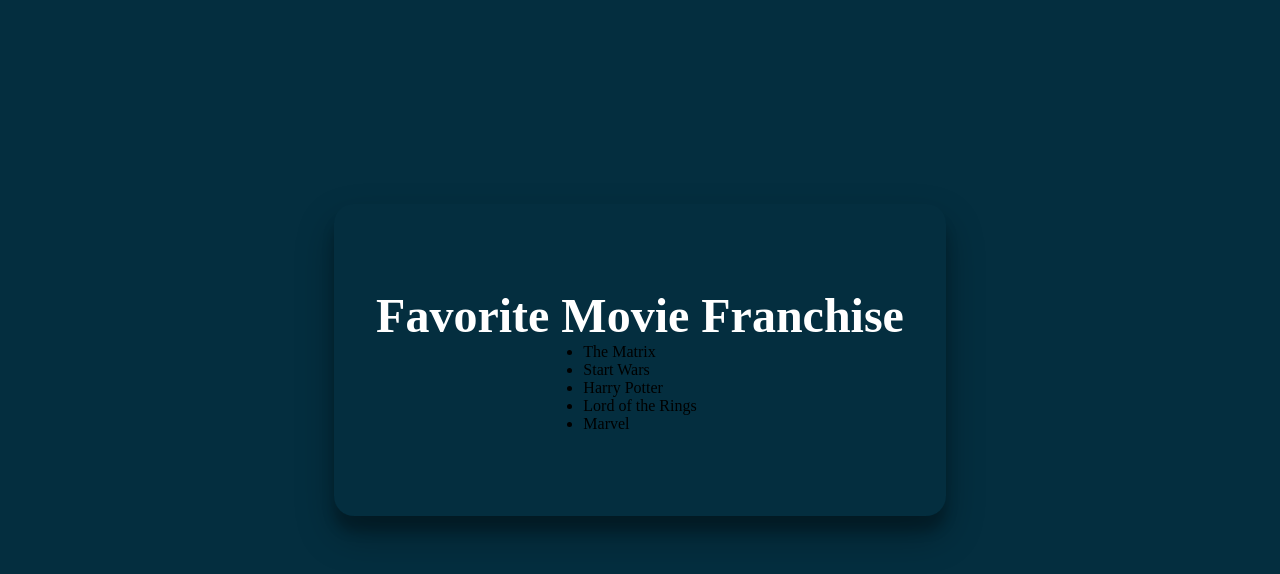
Repository: Ellisvelandia/DOM-Manipulation
Page: index.html
The author's editor kept a copy of each file at every save. The page is drawn from the files as they stood at one save, then again after a run of saves.
The browser window is 1280 px wide. The pictures show the whole page.

Above is the page before, as saved 2022-08-22 13:37:15.

### index.html
<!DOCTYPE html>
<html lang="en">
<head>
  <meta charset="UTF-8">
  <meta http-equiv="X-UA-Compatible" content="IE=edge">
  <meta name="viewport" content="width=device-width, initial-scale=1.0">
  <link rel="stylesheet" href="style.css">
  <title>Master DOM Manipulation</title>
</head>
<body>
  <div class="container">
    <h1 id="main-heading">Favorite Movie Franchise</h1>
    <ul>
      <li class="list-items">The Matrix</li>
      <li class="list-items">Start Wars</li>
      <li class="list-items">Harry Potter</li>
      <li class="list-items">Lord of the Rings</li>
      <li class="list-items">Marvel</li>
    </ul>

    <script src="app.js"></script>
  </div>
</body>
</html>

### style.css
* {
  padding: 0;
  margin: 0;
}

body {
  background-color: #042e3f;
  max-width: 100%;
  height: 100vh;
  display: flex;
  justify-content: center;
  align-items: center;
}

.container {
  display: flex;
  align-items: center;
  flex-direction: column;
  justify-content: center;
  border: 1px solid transparent;
  padding: 5px;
  border-radius: 20px;
  height: 300px;
  width: 600px;
  box-shadow: rgba(0, 0, 0, 0.3) 0px 19px 38px,
    rgba(0, 0, 0, 0.22) 0px 15px 12px;
}

#main-heading {
  text-align: center;
  font-size: 3rem;
  font-weight: 600;
  color: #fff;
}

.list-items {

}

### app.js
// DOM Manipulation

// GetElementById()

const title = document.getElementById("main-heading");

console.log(title);

// GetElementByClassName()

// const listItems = document.getElementsByClassName("list-items");

// console.log(listItems);

// getElementsByTagName()
const listItems = document.getElementsByTagName("li");

console.log(listItems);

// querySelector()

const container = document.querySelector("div");

console.log(container);
// querySelectorAll()

After the next 9 saves:
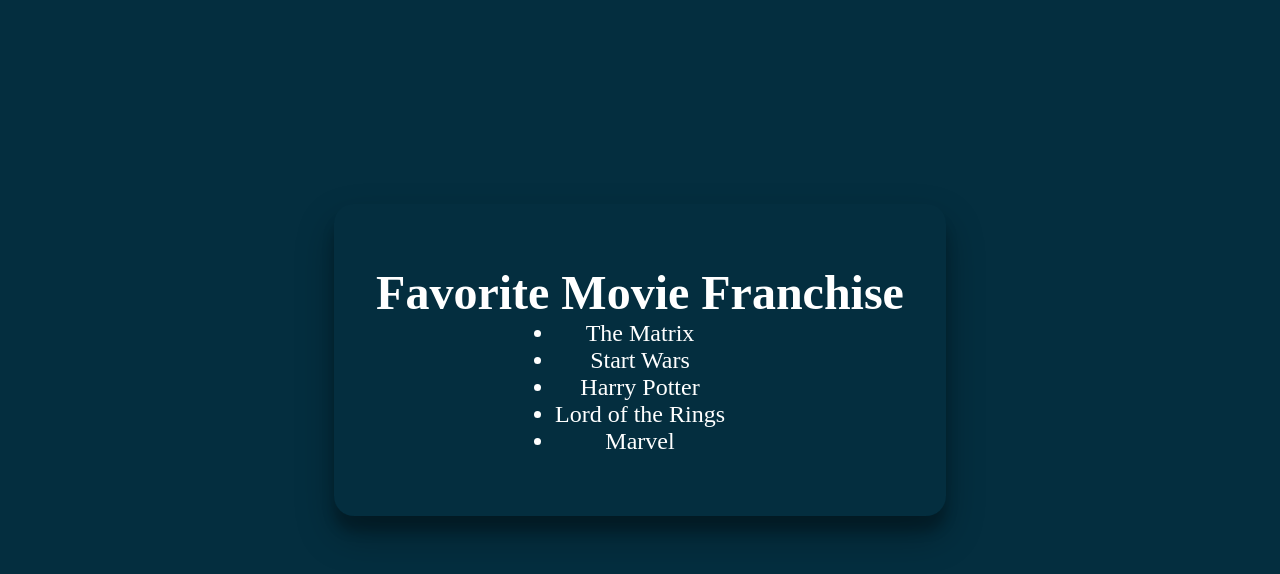
The 9 saves are shown as one change because they came seconds apart.
The last was saved 35 s later.
--- a/style.css
+++ b/style.css
@@ -34,5 +34,7 @@
 }
 
 .list-items {
-
+  text-align: center;
+  color: #fff;
+  font-size: 1.5rem;
 }
